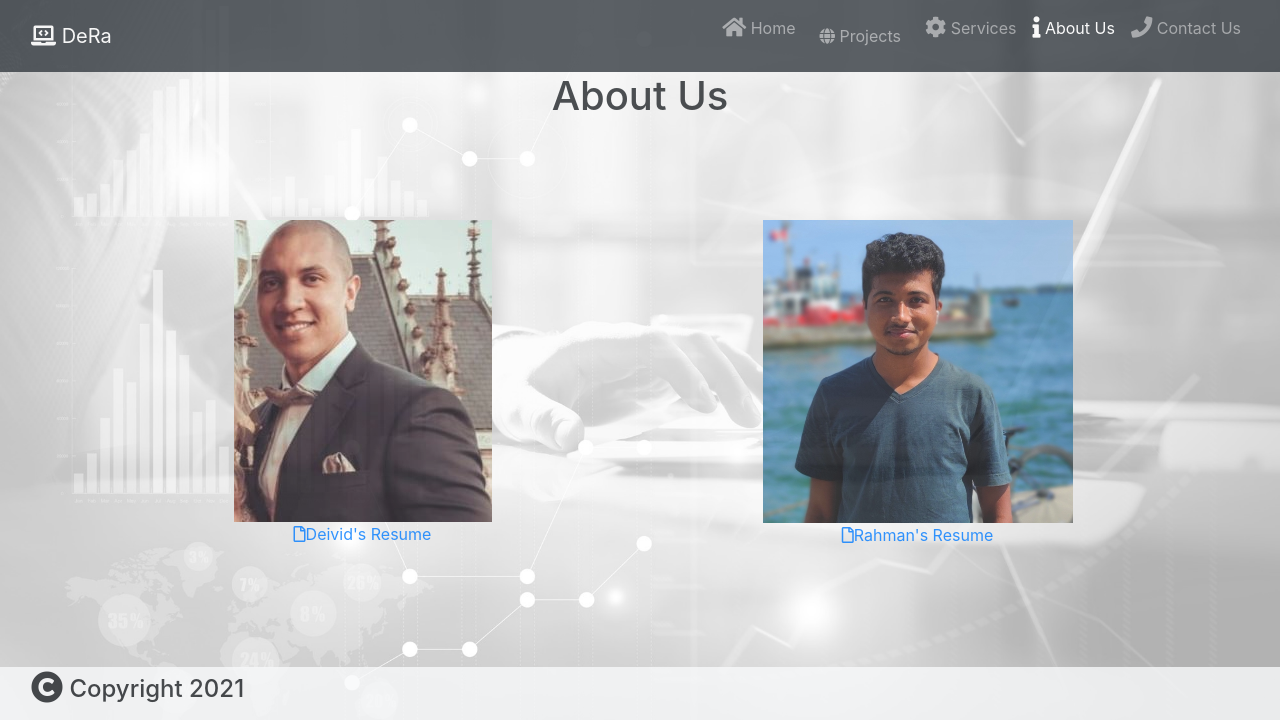
Repository: deividwsantoss/web6201-Lab1
Page: about.html
An editor plug-in stored every save of this project. The page is shown before and after the next save, followed by the edit.
The browser window is 1280 px wide. The pictures show the whole page.

Above is the page before, as saved 2021-02-03 19:14:35.
Console error: TypeError: Cannot set properties of null (setting 'innerHTML')

### about.html
<!DOCTYPE html>
<html lang="en">
<head>
    <meta charset="UTF-8">
    <meta name="viewport" content="width=device-width, initial-scale=1.0">
    <title>About</title>
</head>
<!-- CSS SECTION-->
<link rel="stylesheet" href="./node_modules/bootstrap/dist/css/bootstrap.min.css">
<link rel="stylesheet" href="./node_modules/@fortawesome/fontawesome-free/css/all.min.css">
<link rel="stylesheet" href="./Content/app.css">

<body class="aboutus">
    <!-- Main Header-->
    <header>
        <nav class="navbar navbar-expand-lg navbar-dark bg-dark">
            <div class="container-fluid">
              <a class="navbar-brand" href="Index.html"><i class="fas fa-laptop-code"></i> DeRa</a>
              <button class="navbar-toggler" type="button" data-bs-toggle="collapse" data-bs-target="#navbarSupportedContent" aria-controls="navbarSupportedContent" aria-expanded="false" aria-label="Toggle navigation">
                <span class="navbar-toggler-icon"></span>
              </button>
              <div class="collapse navbar-collapse" id="navbarSupportedContent">
                <ul class="navbar-nav ml-auto mb-2 mb-lg-0">
                  <li class="nav-item">
                    <a class="nav-link " aria-current="page" href="Index.html"><i class="fas fa-home fa-lg"></i> Home</a>
                  </li>
                  <li class="nav-item">
                    <a id="prod" class="nav-link" aria-current="page" href="products.html"><i class="fas fa-globe fa-lg"></i> Products</a>
                  </li>
                  <li class="nav-item">
                    <a class="nav-link" aria-current="page" href="services.html"><i class="fas fa-cog fa-lg"></i> Services</a>
                  </li>
                  <li class="nav-item">
                    <a class="nav-link active" aria-current="page" href="about.html"><i class="fas fa-info fa-lg"></i> About Us</a>
                  </li>
                  <li class="nav-item">
                    <a class="nav-link" aria-current="page" href="contact.html"><i class="fas fa-phone fa-lg"></i> Contact Us</a>
                  </li>

                </ul>

              </div>
            </div>
          </nav>

    </header>


    <!-- Main Content-->
        <main class="container text-center">
            <h1 class="text-center">About Us</h1>
            <div id="aboutmain" class="container">
              <div class="row">
                <div class="col">
                  <img src="./Content/deivid.JPG" alt="deivid" srcset=""> <br>
                  <a href="./Content/DeividSantos_Resume.pdf"><i class="far fa-file"></i>Deivid's Resume</a>
                </div>
                <div class="col">
                  <img id="pic" src="./Content/rahman.jpg" alt="rahmanPicture" srcset=""> <br>
                  <a href="./Content/Rahman.pdf"><i class="far fa-file"></i>Rahman's Resume</a>
                </div>
              </div>
        </main>
        <!-- Main Footer-->
        <footer>
          <nav class="navbar fixed-bottom navbar-light bg-light">
              <div class="container-fluid">
                  <h4><i class="fas fa-copyright fa-lg"></i> Copyright 2021 </h4>
              </div>
            </nav>

      </footer>
    <!--- Script Section-->
    <script src="./node_modules/jquery/dist/jquery.min.js"></script>
    <script src="./node_modules/bootstrap/dist/js/bootstrap.bundle.min.js"></script>
    <script src="./Scripts/app.js"></script>
</body>

</html>

### Content/app.css
/* Custom CSS goes here */

body,html{
    height: 100%;
    margin: 0;
}
.bg{
    background-image: url("Background-White.jpg");
    background-repeat: no-repeat;
    background-size: cover;
    background-position: center;
    opacity: 0.8;
}

.contactimage{
    background-image:url("contactimg.jpg");
    background-repeat: no-repeat;
    background-size: cover;
    background-position: center;
    opacity: 0.8;
}
.productsbg {
    background-image:url("productsbg.jpg");
    background-repeat: no-repeat;
    background-size: cover;
    background-position: center;
    opacity: 0.8;
}

.servicesbackgroud{
    background-image:url("services.jpg");
    background-repeat: repeat;
    background-size: cover;
    background-position: center;
    opacity: 0.8;
    height: 1000px;
}
.aboutus{
    background-image:url("bgimage.jpg");
    background-repeat: no-repeat;
    background-size: cover;
    background-position: center;
    opacity: 0.8;
}

#paragraphOne {
    color: black;
    font-size: 220%;
    margin-top: 25%;
    text-shadow: 2px 2px 4px #000;
    font-family: cursive;
    font-weight: bold;

}
h1{
    margin-top: 10;
}

#custompg{
    width: 400px;

}

#projectsImg{
    width: 150px;
    margin-top: 10%;
}

#pic{
    width:310px; /* you can use % */
    height: auto;
}

#aboutmain{
    margin-top: 100px;
}
#dlParagraph{
    margin-top: 10%;
    margin-top: 10%;
    font-size: large;
    font-weight: bold;
}
#scotiaParagraph{
    margin-top: 10%;
    font-size: large;
    font-weight: bold;
}

### Scripts/app.js
/* Custom JavaScript goes here */


"use strict";

(function(){

    function addHR(){
        let aboutUsElement = document.getElementById("aboutId");
        let newNavbar = document.createElement("li");
        let hr = `<a class="nav-link" aria-current="page" href="services.html"><i class="fas fa-user-circle"></i> Human Resources</a>`

        newNavbar.innerHTML = hr;


    }
    function Projects(){
        let productsElement = document.getElementById("prod");
        let prod = `<a id="prod" class="nav-link" aria-current="page" href="products.html"><i class="fas fa-globe" name="prod"></i> Projects</a>`;


        productsElement.innerHTML = prod;

        let prodNameElement = document.getElementById("prodName");
        let projectName = `<h1 id="prodName" class="text-center">Our Projects</h1>`

        prodNameElement.innerHTML = projectName;
    }
    function displayHome(){
        let paragraphOneText = "Welcome to DeRa Development Website for WebD6201";
        let paragraphOneElement = document.getElementById("paragraphOne");

        paragraphOneElement.textContent = paragraphOneText;
        paragraphOneElement.className = "fs-6 ";
    }
    function displayAbout(){

    }
    function displayProducts(){

        //deloitte
        let dlText = "DeRa is proud for leading the main developing project for DL."
        let dlElement = document.getElementById("dlParagraph");

        dlElement.textContent = dlText;

        let scotiaText = "Another Big company we are proud to have worked with"
        let scotiaElement = document.getElementById("scotiaParagraph");

        scotiaElement.textContent = scotiaText;

    }
    function displayServices(){

        //intro text
        let servicesIntroText = "DeRa Development can provide you the best customized solution for you";
        let servicesIntroElement = document.getElementById("serviceIntro");
        servicesIntroElement.textContent = servicesIntroText;

        // custom dev text
        let customParagraphText = "DeRa Development have been delivering successful custom programs to our clients since the date we were born. \nSince DeRa was born we have seen a rapid change in website technology which we were always able to adapt";
        let customParagraphElement = document.getElementById("customParagraph");

        customParagraphElement.textContent = customParagraphText;

        //mobile text
        mobileParagraphText = "We have the knowledge and skills to provide you the best quality solution for any kind of device. \nMobile development is one of our strengths."
        mobileParagraphElement = document.getElementById("mobileParagraph");

        mobileParagraphElement.textContent = mobileParagraphText;

        //design paragraph
        let webDesignParagraphText = "Our Web Design is awesome";
        let webDesignParagraphElement = document.getElementById("weDesignParagraph");
        webDesignParagraphElement.textContent = webDesignParagraphText;
    }
    function displayContact(){

        let messageArea = document.getElementById("messageArea");
        messageArea.hidden = true;

        //Form Validation...

        let fullName = document.getElementById("fullName");
        fullName.addEventListener("blur", function(){
            if(fullName.value.length < 2){
                fullName.focus;
                fullName.select();
                messageArea.hidden = false;
                messageArea.className = "alert alert-danger";
                messageArea.textContent = "Please, Enter an appropriate name."
            }
            else{
                messageArea.removeAttribute("Class");
                messageArea.hidden = true;
            }
        });

        //validating number
        let contactNumber = document.getElementById("contactNumber");
        contactNumber.addEventListener("blur", function(){

            if(contactNumber.value.length < 10 || contactNumber.value.length > 10 )
            {
                contactNumber.focus;
                contactNumber.select();
                messageArea.hidden = false;
                messageArea.className = "alert alert-danger";
                messageArea.textContent = "Please, Insert a valid Number";
            }
            else {
                messageArea.removeAttribute("Class");
                messageArea.hidden = true;
            }

        });

        // Validating short text
        let shortMessage = document.getElementById("shortMessage");
        shortMessage.addEventListener("blur", function(){

            if(shortMessage.value.length > 50){
                shortMessage.focus;
                shortMessage.select();
                messageArea.hidden = false;
                messageArea.className = "alert alert-danger";
                messageArea.textContent = "Maximum characters allowed (50)";
            }
            else{
                messageArea.removeAttribute("Class");
                messageArea.hidden = true;
            }
        });

        let sendButton = document.getElementById("sendButton");
        sendButton.addEventListener("click", function(event){
            event.preventDefault();
        });
        document.getElementById("sendButton").onclick = function (){
            location.href = "index.html"
        };

    }


    function Start(){
        console.log("App Start...");

        switch (document.title) {

            case 'Home':
                displayHome();
                break;
            case 'About':
                displayAbout();
                break;
            case 'Products':
                displayProducts();
                break;
            case 'Services':
                displayServices();
                break;
            case 'Contact':
                displayContact();
                break;

        }


    }
    window.addEventListener("load",addHR);
    window.addEventListener("load",Projects);
    window.addEventListener("load",Start);

})();

Loaded but not shown: node_modules/bootstrap/dist/css/bootstrap.min.css (library); node_modules/@fortawesome/fontawesome-free/css/all.min.css (library); node_modules/jquery/dist/jquery.min.js (library); node_modules/bootstrap/dist/js/bootstrap.bundle.min.js (library)

After the next save:
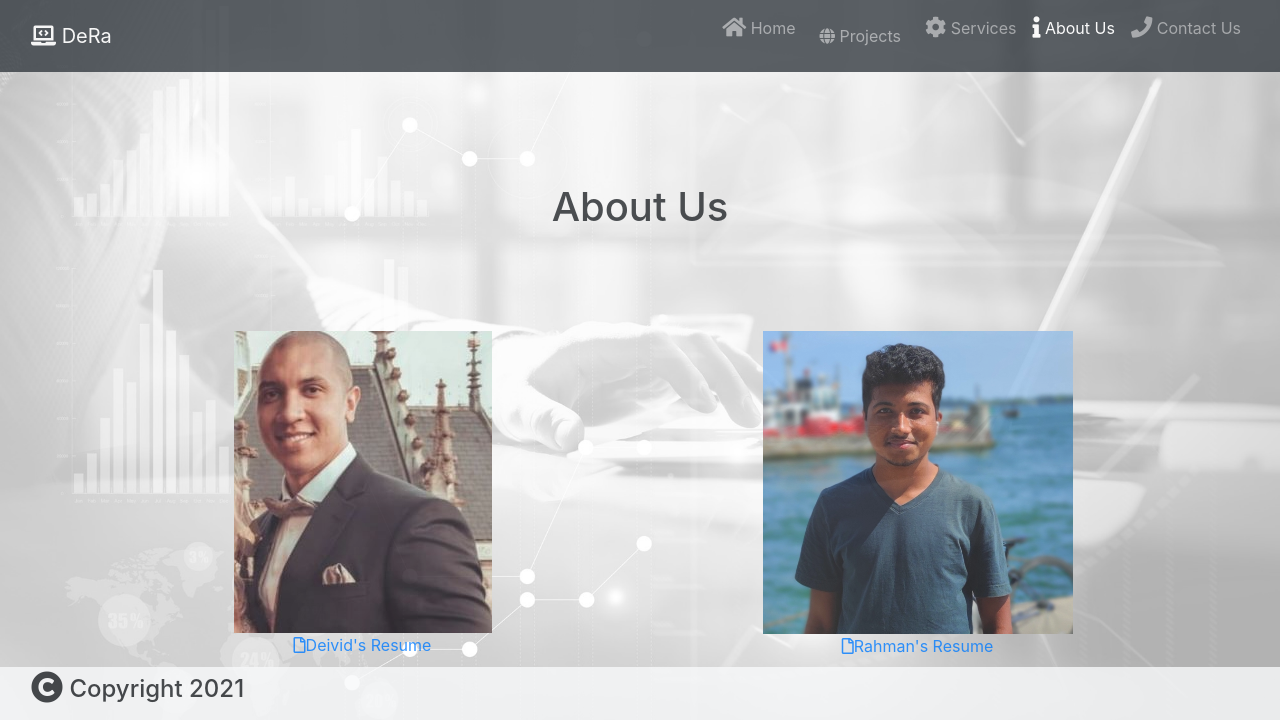
Saved 20 s later.
--- a/Content/app.css
+++ b/Content/app.css
@@ -53,7 +53,7 @@ body,html{
 
 }
 h1{
-    margin-top: 10;
+    margin-top: 10%;
 }
 
 #custompg{
